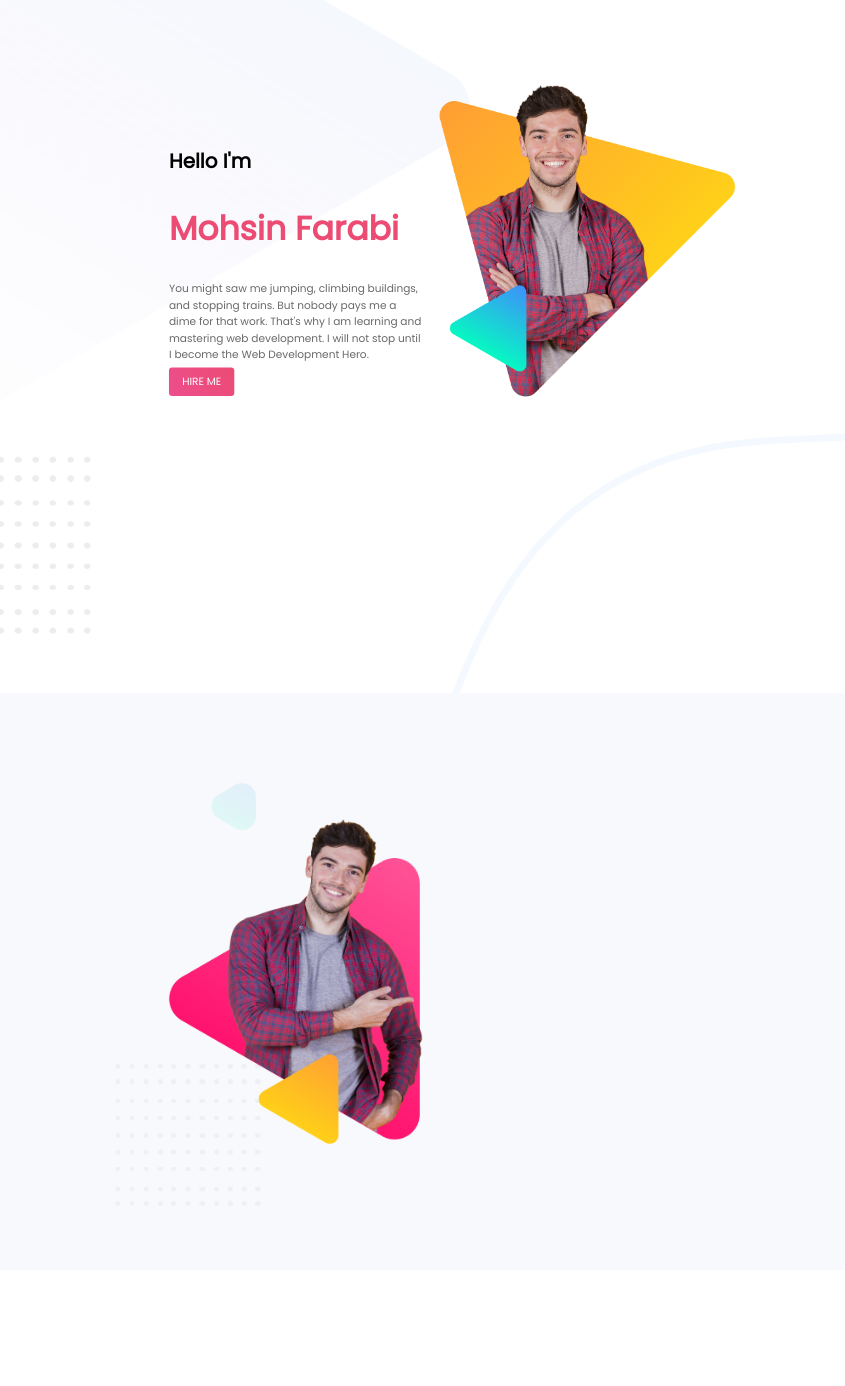
Repository: mohsinfarabi/personal-website
Page: index.html
These files come from the project's save history. The page is drawn as it stood at one moment and after the next save; the edit follows.
The browser window is 1280 px wide. The pictures show the whole page, at 66% of full size.

Above is the page before, as saved 2020-07-01 15:11:25.

After the next save:
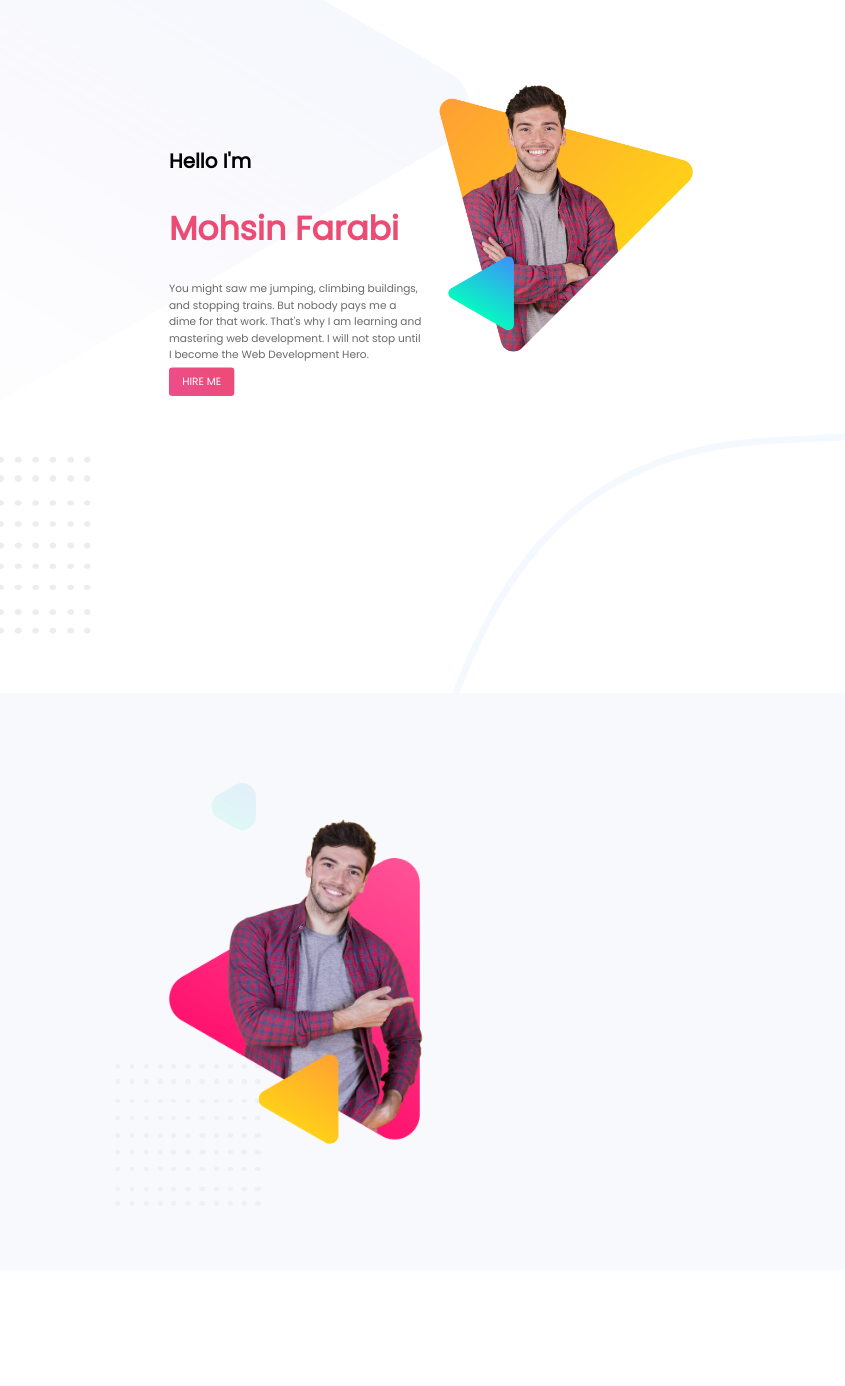
Saved 5 min 57 s later.
--- a/style.css
+++ b/style.css
@@ -32,7 +32,7 @@
 }
 
 .img-width {
-    width: 35%;
+    width: 30%;
     float: left;
     margin-left: 2%;
     margin-top: 10%;

After the save that followed:
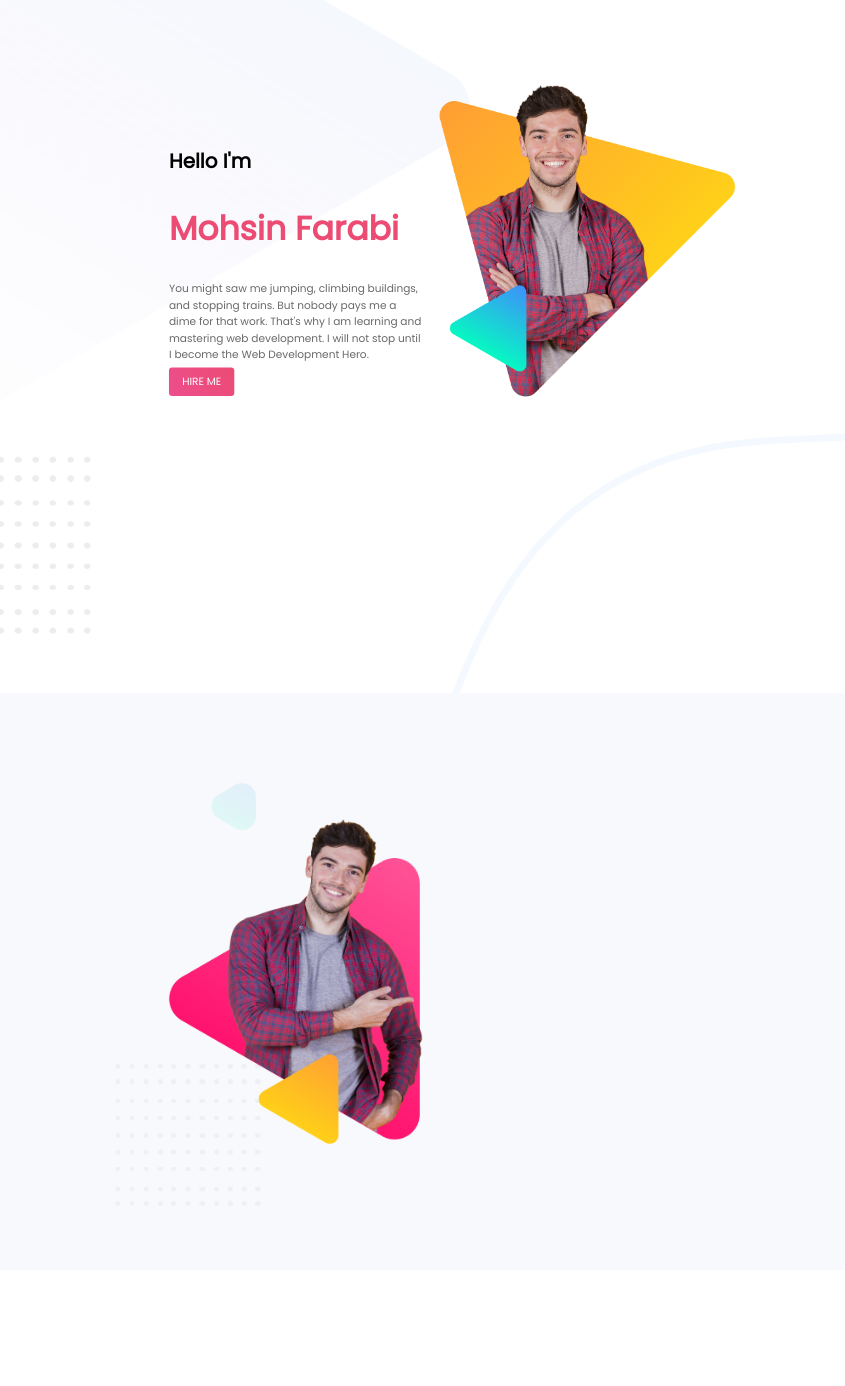
Saved 11 s later.
--- a/style.css
+++ b/style.css
@@ -32,7 +32,7 @@
 }
 
 .img-width {
-    width: 30%;
+    width: 35%;
     float: left;
     margin-left: 2%;
     margin-top: 10%;
